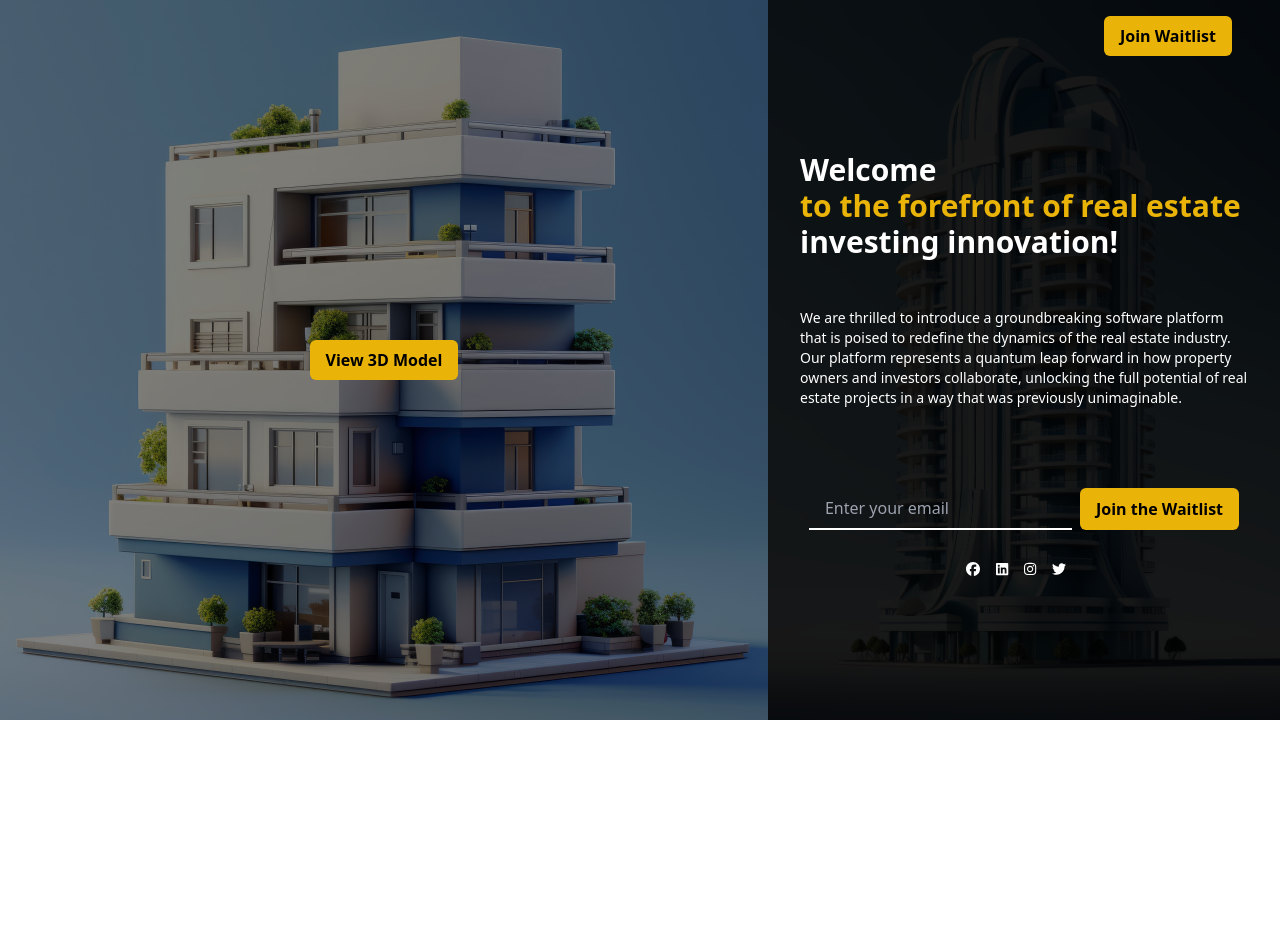
Repository: brytemenz/investnest-landing
Page: /
An editor plug-in stored every save of this project. The page is shown before and after the next save, followed by the edit.
The browser window is 1280 px wide. The pictures show the whole page.
Backgrounds fixed to the window are drawn as part of the page. The project was rebuilt for these pictures with package versions that can differ from the ones it lists, and the page was loaded fresh each time. Also part of the build but not shown: vite.config.js, src/components/ThreeDImage.jsx.

Above is the page before, as saved 2024-05-29 11:43:07.

After the next save:
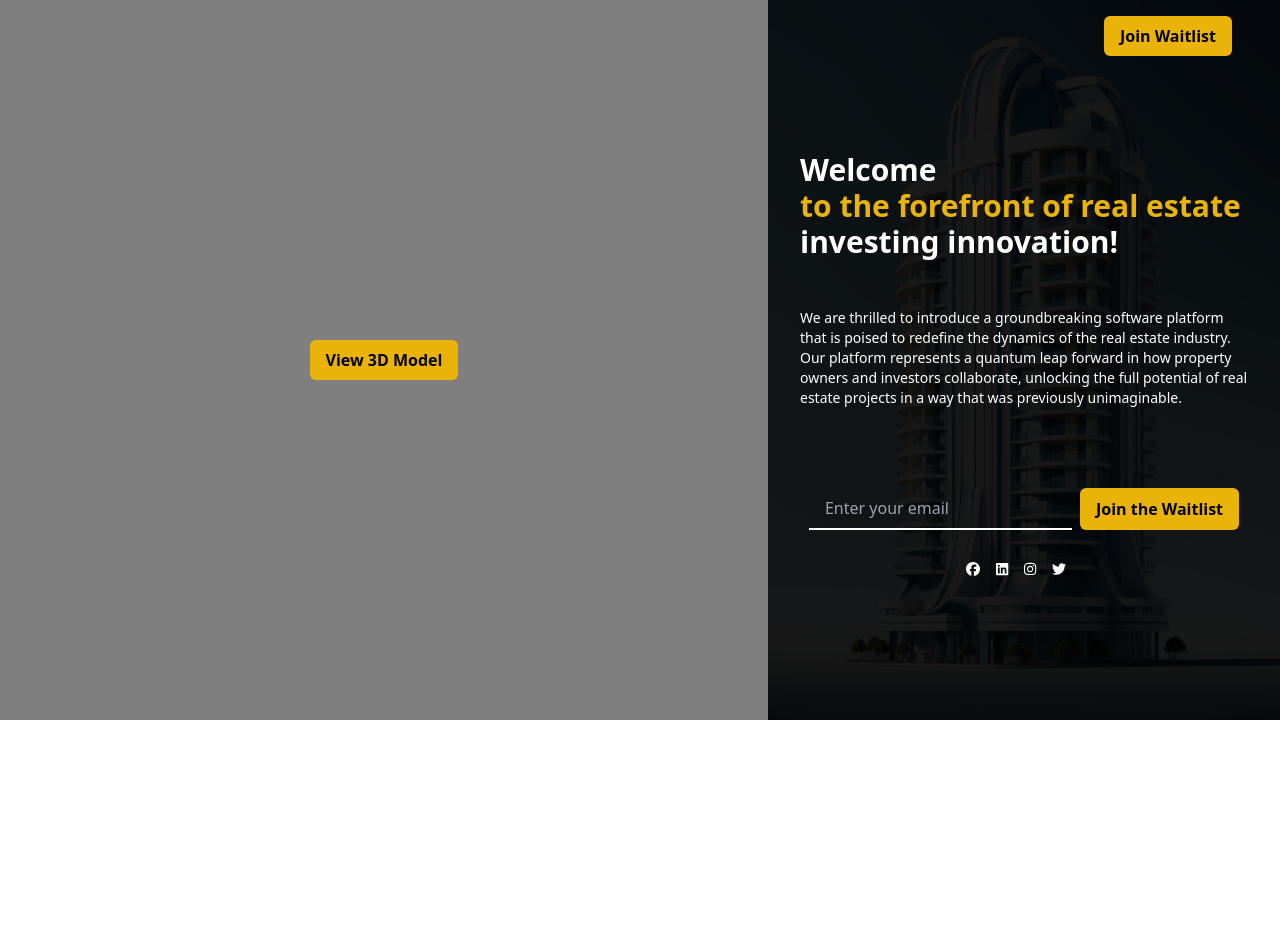
Saved 2 min 25 s later.
--- a/src/pages/landingPage.jsx
+++ b/src/pages/landingPage.jsx
@@ -4,7 +4,7 @@
 import leftImage from '../assets/leftimage.jpg'; // Ensure you have this image
 import { FontAwesomeIcon } from '@fortawesome/react-fontawesome';
 import { faFacebook, faLinkedin, faInstagram, faTwitter } from '@fortawesome/free-brands-svg-icons';
-import LoadingSpinner from '../components/loadingSpinner';
+import LoadingSpinner from '../components/LoadingSpinner';
 import ThreeDImage from '../components/ThreeDImage';
 import '../landingPage.css';
 
@@ -35,7 +35,7 @@
               <ThreeDImage modelUrl="/apartments.glb" /> // Ensure the path to the model is correct
             ) : (
               <div className="h-full relative">
-                <div className="parallax-image" style={{ backgroundImage: `url(${leftImage})` }}>
+                <div className="left-image">
                   <div className="absolute inset-0 bg-black bg-opacity-50 flex items-center justify-center">
                     <button
                       onClick={handleView3DModel}

After the 2 saves that followed:
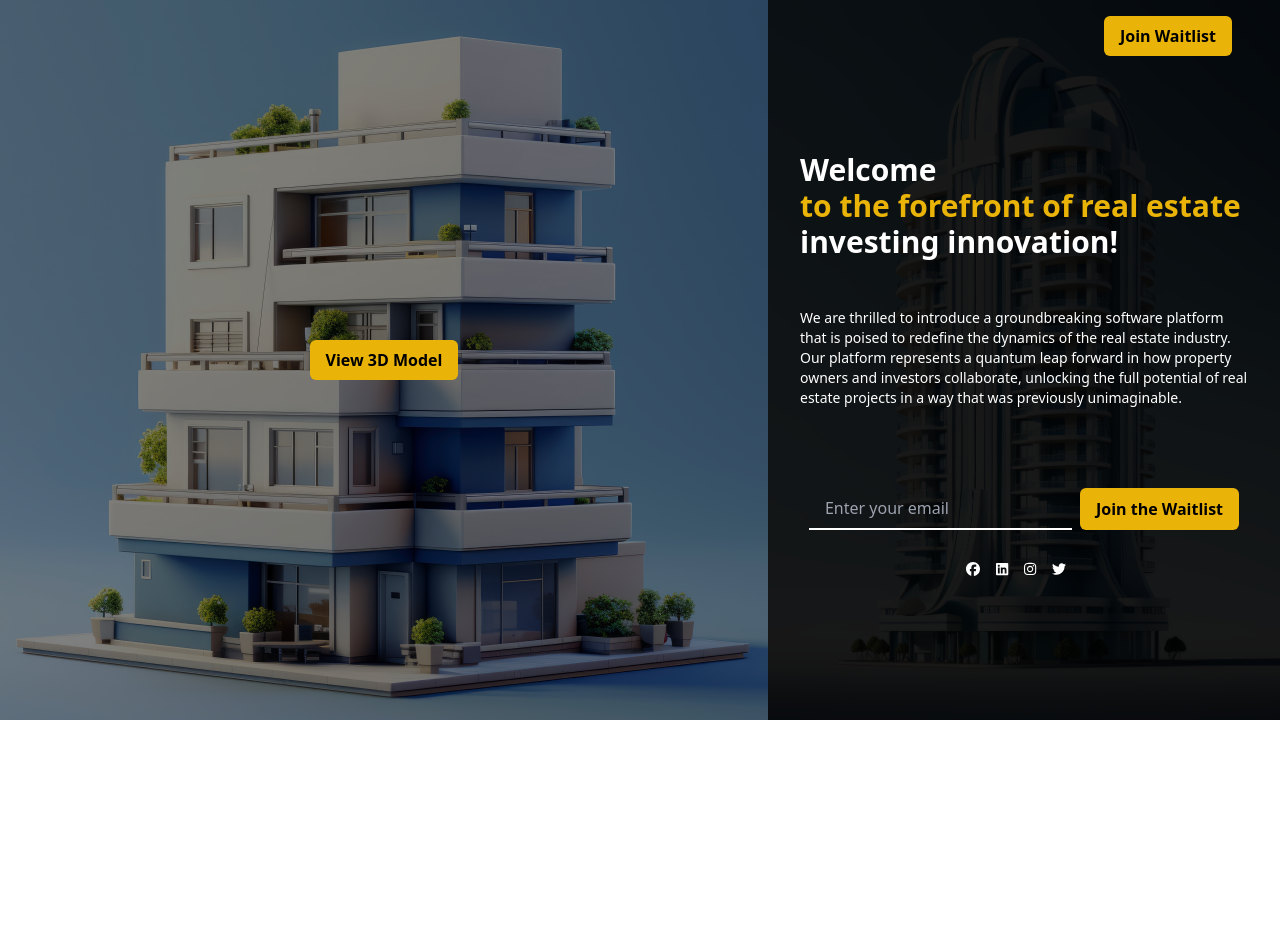
The 2 saves are shown as one change because 1 left the picture as it was.
The last was saved 25 s later.
--- a/src/landingPage.css
+++ b/src/landingPage.css
@@ -9,10 +9,11 @@
 
 
 /* landingPage.css */
-.parallax-image {
+/* landingPage.css */
+.left-image {
   height: 100%;
-  background-attachment: fixed;
+  background-image: url('../assets/leftimage.jpg'); /* Ensure the path is correct */
+  background-size: cover;
   background-position: center;
   background-repeat: no-repeat;
-  background-size: cover;
 }
--- a/src/pages/landingPage.jsx
+++ b/src/pages/landingPage.jsx
@@ -4,7 +4,7 @@
 import leftImage from '../assets/leftimage.jpg'; // Ensure you have this image
 import { FontAwesomeIcon } from '@fortawesome/react-fontawesome';
 import { faFacebook, faLinkedin, faInstagram, faTwitter } from '@fortawesome/free-brands-svg-icons';
-import LoadingSpinner from '../components/LoadingSpinner';
+import LoadingSpinner from '../components/loadingSpinner';
 import ThreeDImage from '../components/ThreeDImage';
 import '../landingPage.css';
 
